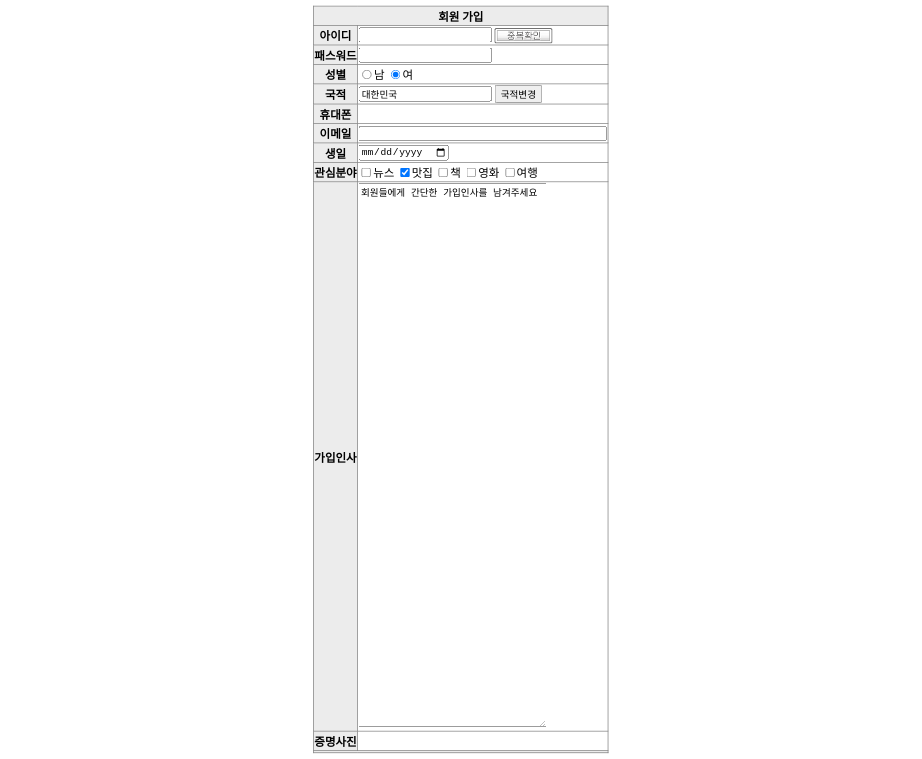
Repository: gyungmean/2020_2_webProgramming
Page: week2/week2/WebContent/Practice02/Practice02.html
An editor plug-in stored every save of this project. The page is shown before and after the next save, followed by the edit.
The browser window is 1280 px wide. The pictures show the whole page, at 72% of full size.

Above is the page before, as saved 2020-09-14 07:51:52.

After the next save:
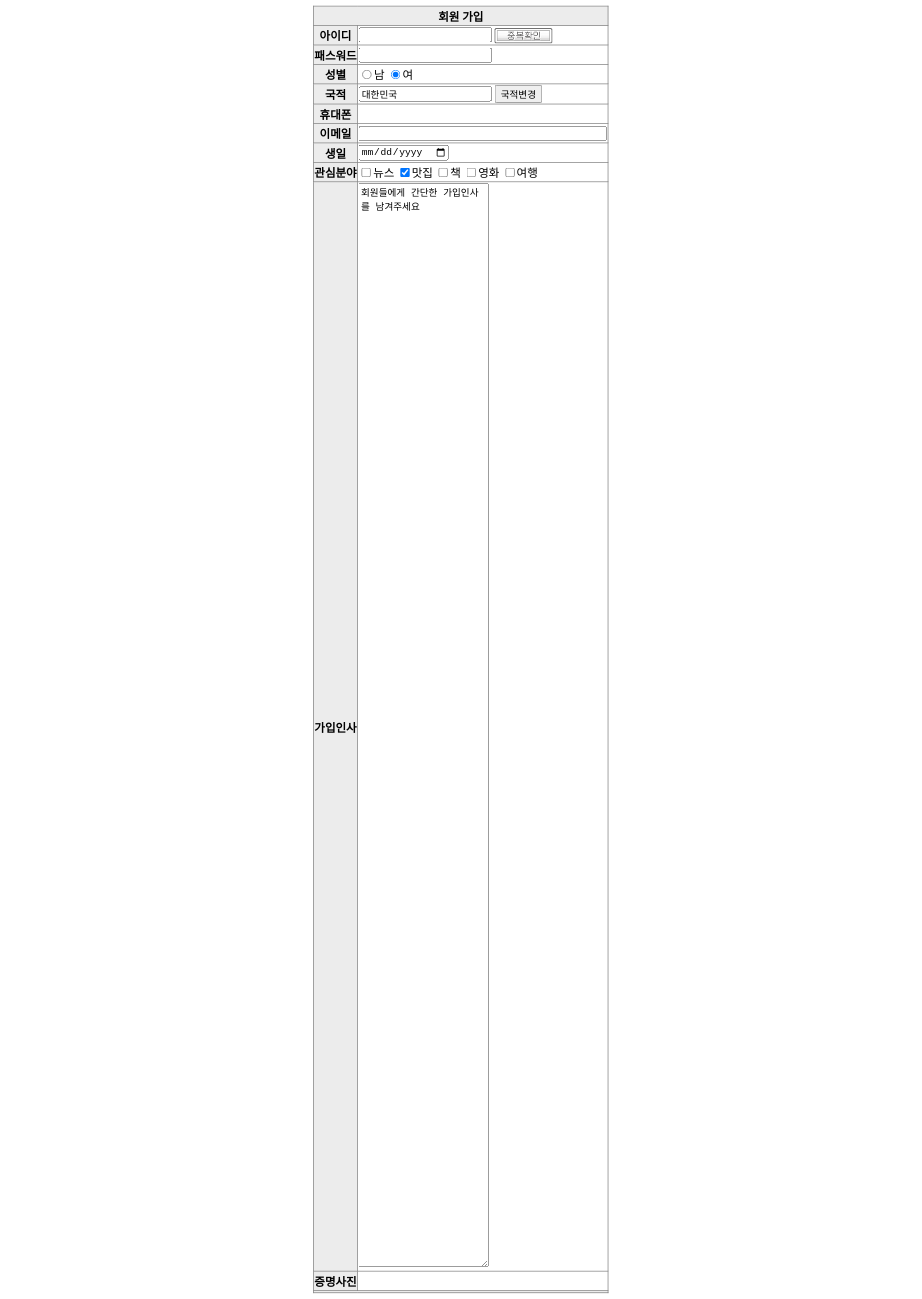
Saved 30 s later.
--- a/week2/week2/WebContent/Practice02/Practice02.html
+++ b/week2/week2/WebContent/Practice02/Practice02.html
@@ -63,7 +63,7 @@
 			</tr>
 			<tr>
 				<td class= title>가입인사</td>
-				<td><textarea cols=30px, rows=50px>회원들에게 간단한 가입인사를 남겨주세요</textarea></td>
+				<td><textarea cols=20px, rows=100px>회원들에게 간단한 가입인사를 남겨주세요</textarea></td>
 			</tr>
 			<tr>
 				<td class= title>증명사진</td>
